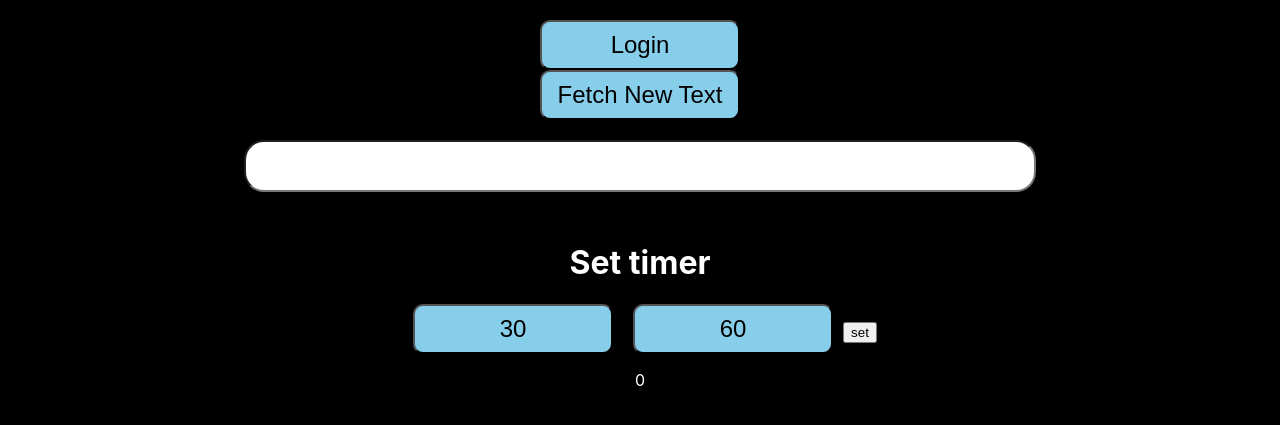
Repository: abhaysharma20233009/swiftKey
Page: / (app in frontend/my-app/)
An editor plug-in stored every save of this project. The page is shown before and after the next save, followed by the edit.
The browser window is 1280 px wide. The pictures show the whole page.
The page's requests for data from a server got no answer. The project was rebuilt for these pictures with package versions that can differ from the ones it lists, and the page was loaded fresh each time. No one was signed in, and anything a server would have sent is missing. Also part of the build but not shown: frontend/my-app/src/Results.js, frontend/my-app/src/Login.js.

Above is the page before, as saved 2024-10-10 17:22:56.

After the next save:
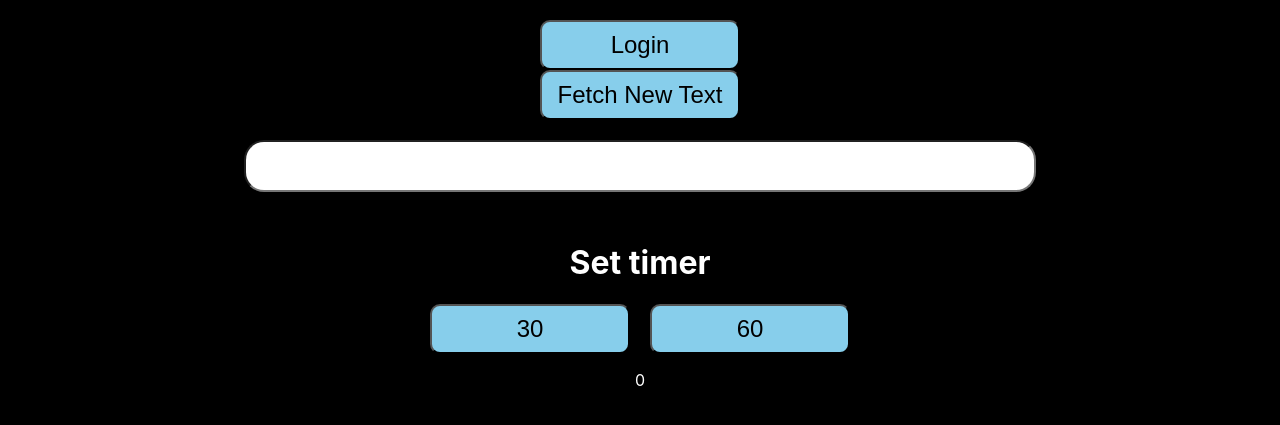
Saved 2 min 5 s later.
--- a/frontend/my-app/src/Swifts.js
+++ b/frontend/my-app/src/Swifts.js
@@ -59,19 +59,21 @@ function Swifts() {
         }
     };
 
-    useEffect(()=>{
-        if(isSet){
-            if (time > 0) {
-                setCountdown(time);
-                const timer = setInterval(() => {
-                    setCountdown((prev) => prev - 1);
-                }, 1000);
-            }
+    useEffect(() => {
+        if (time > 0) {
+            setCountdown(time); // Set countdown to the selected time
         }
-    },[time,countdown,setCountdown,isSet])
-    const set=()=>{
-       isSet=true;
-    }
+    }, [time]);
+
+    useEffect(() => {
+        if (countdown > 0) {
+            const timer = setInterval(() => {
+                setCountdown((prev) => prev - 1);
+            }, 1000);
+
+            return () => clearInterval(timer);
+        }
+    }, [countdown]);
     const words = message.split(' ');
     const currentWord = words[currentWordIndex] || '';
 
@@ -113,7 +115,7 @@ function Swifts() {
             <h1>Set timer</h1>
             <button className="log" onClick={() => setTime(30)}>30</button>
             <button className="log" onClick={() => setTime(60)}>60</button>
-            <button onClick={set}>set</button>
+
             <p>{countdown}</p>
         </div>
     );
